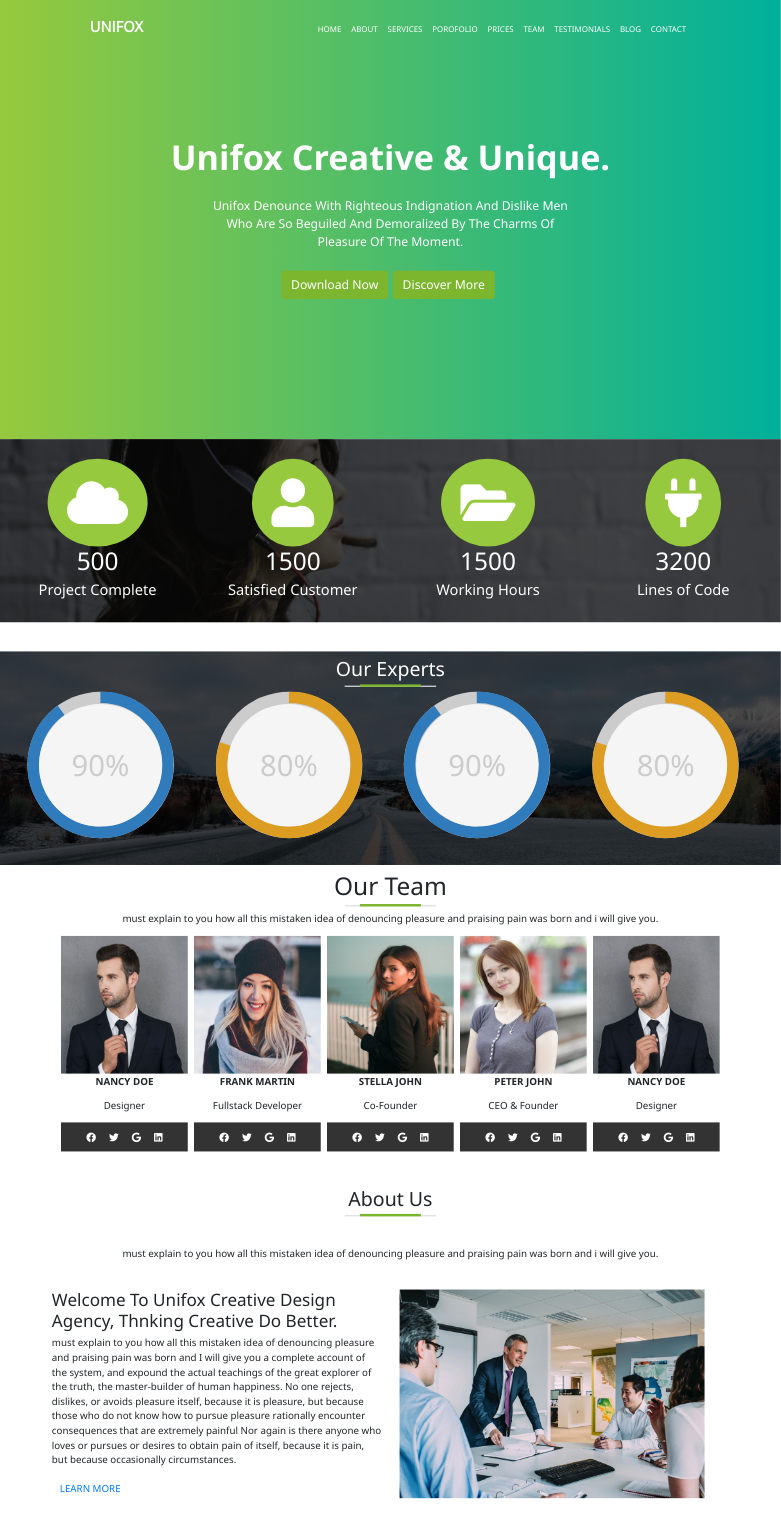
Repository: ibrkhalil/Uniforce-First-Attempt
Page: index.html
An editor plug-in stored every save of this project. The page is shown before and after the next save, followed by the edit.
The browser window is 1280 px wide. The pictures show the whole page, at 61% of full size.
Backgrounds fixed to the window are drawn as part of the page.

Above is the page before, as saved 2021-01-24 02:32:18.

After the next save:
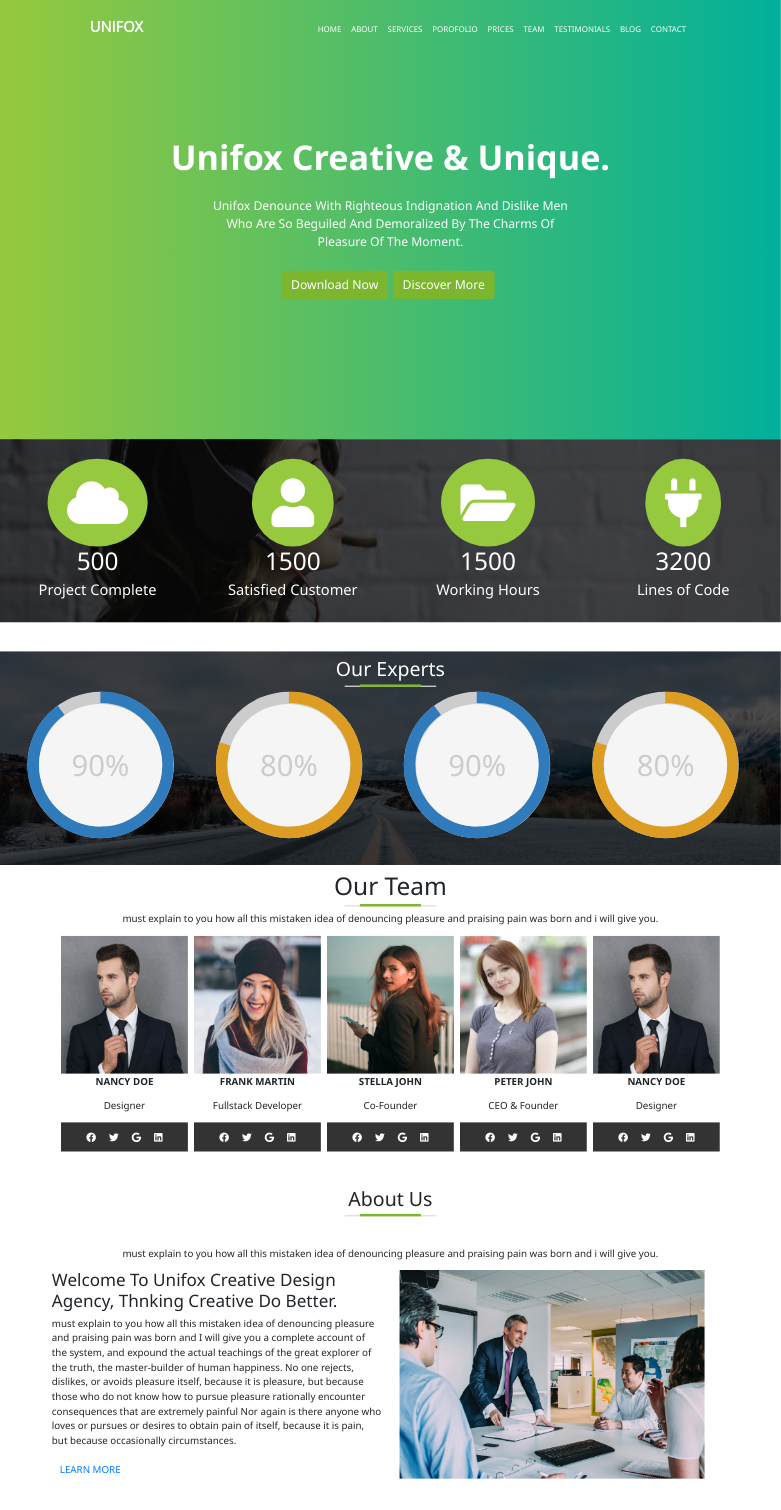
Saved 11 s later.
--- a/index.html
+++ b/index.html
@@ -277,7 +277,7 @@
         <section class="about-section my-5 green-bottom-border">
             <div class="container">
                 <h2 class="line">About Us</h2>
-                <p class="my-5 aligny-center">must explain to you how all this mistaken idea of denouncing pleasure and praising pain was born and i will give you.</p>
+                <p class="mt-5 aligny-center">must explain to you how all this mistaken idea of denouncing pleasure and praising pain was born and i will give you.</p>
                 <div class="row">
                     <div class="col-md-6"><h3>Welcome To <span class="green-color">Unifox Creative</span> Design Agency, Thnking Creative Do Better.</h3><p>must explain to you how all this mistaken idea of denouncing pleasure and praising pain was born and I will give you a complete account of the system, and expound the actual teachings of the great explorer of the truth, the master-builder of human happiness. No one rejects, dislikes, or avoids pleasure itself, because it is pleasure, but because those who do not know how to pursue pleasure rationally encounter consequences that are extremely painful Nor again is there anyone who loves or pursues or desires to obtain pain of itself, because it is pain, but because occasionally circumstances.</p>
                     <a href="#" class="btn">LEARN MORE</a>
